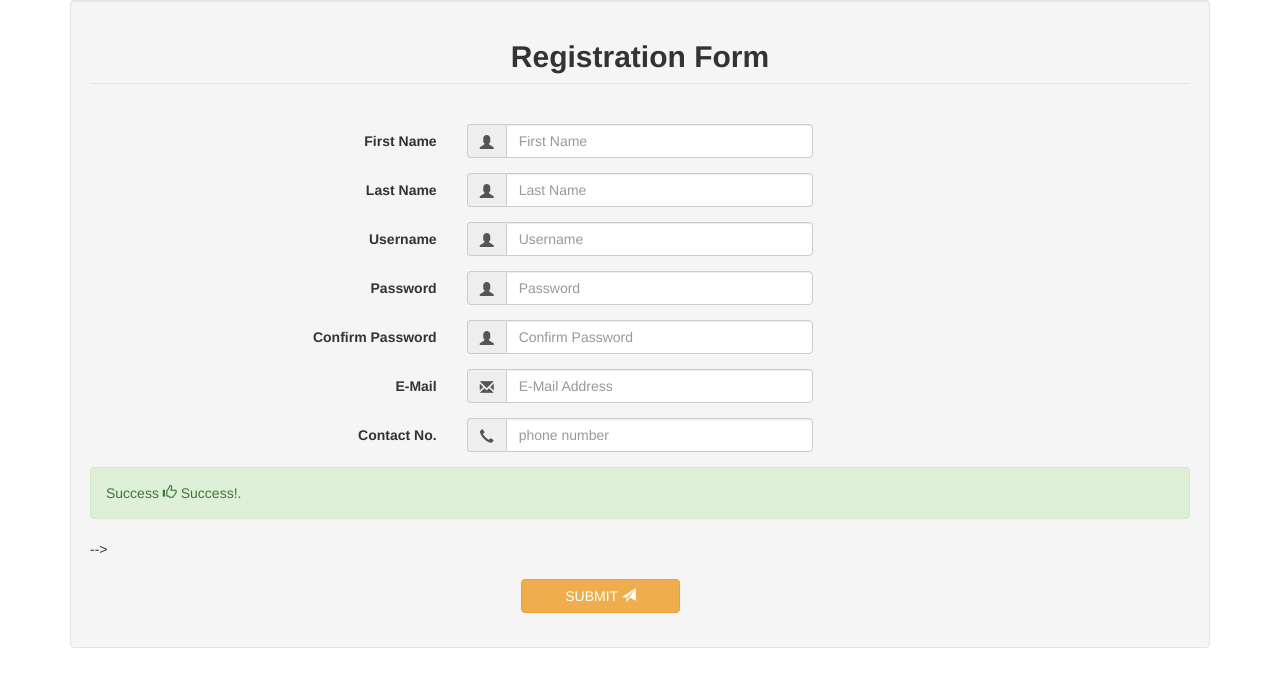
Repository: SumiyaSulaiman/project1
Page: http://localhost/cycle/registration.jsp
These files come from the project's save history. The page is drawn as it stood at one moment and after the next save; the edit follows.
The browser window is 1280 px wide. The pictures show the whole page.
Some web libraries are served in a nearby version. The page is served by Tomcat 9. Nobody is signed in. The application's start-up code is not run. Other server files are loaded and not shown.

Above is the page before, as saved 2017-12-20 08:41:42.

### project/cycle/src/main/webapp/registration.jsp
<%@ page language="java" contentType="text/html; charset=ISO-8859-1"
    pageEncoding="ISO-8859-1"%>
<!DOCTYPE html PUBLIC "-//W3C//DTD HTML 4.01 Transitional//EN" "http://www.w3.org/TR/html4/loose.dtd">
<html>
<head>
  <meta charset="utf-8">
  <meta http-equiv="X-UA-Compatible" content="IE=edge">
  <meta name="description" content="">
  <meta name="viewport" content="width=device-width, initial-scale=1">
  <link rel="stylesheet" href="https://maxcdn.bootstrapcdn.com/bootstrap/3.3.7/css/bootstrap.min.css">
  <script src="https://ajax.googleapis.com/ajax/libs/jquery/3.2.0/jquery.min.js"></script>
  <script src="https://maxcdn.bootstrapcdn.com/bootstrap/3.3.7/js/bootstrap.min.js"></script>
</head>
<body>
      <div class="container">

    <form class="well form-horizontal" action=" " method="post"  id="contact_form">
<fieldset>

<!-- Form Name -->
<legend><center><h2><b>Registration Form</b></h2></center></legend><br>

<!-- Text input-->

<div class="form-group">
  <label class="col-md-4 control-label">First Name</label>
  <div class="col-md-4 inputGroupContainer">
  <div class="input-group">
  <span class="input-group-addon"><i class="glyphicon glyphicon-user"></i></span>
  <input  name="first_name" placeholder="First Name" class="form-control"  type="text">
    </div>
  </div>
</div>

<!-- Text input-->

<div class="form-group">
  <label class="col-md-4 control-label" >Last Name</label>
    <div class="col-md-4 inputGroupContainer">
    <div class="input-group">
  <span class="input-group-addon"><i class="glyphicon glyphicon-user"></i></span>
  <input name="last_name" placeholder="Last Name" class="form-control"  type="text">
    </div>
  </div>
</div>

<!-- Text input-->

<div class="form-group">
  <label class="col-md-4 control-label">Username</label>
  <div class="col-md-4 inputGroupContainer">
  <div class="input-group">
  <span class="input-group-addon"><i class="glyphicon glyphicon-user"></i></span>
  <input  name="user_name" placeholder="Username" class="form-control"  type="text">
    </div>
  </div>
</div>

<!-- Text input-->

<div class="form-group">
  <label class="col-md-4 control-label" >Password</label>
    <div class="col-md-4 inputGroupContainer">
    <div class="input-group">
  <span class="input-group-addon"><i class="glyphicon glyphicon-user"></i></span>
  <input name="user_password" placeholder="Password" class="form-control"  type="password">
    </div>
  </div>
</div>

<!-- Text input-->

<div class="form-group">
  <label class="col-md-4 control-label" >Confirm Password</label>
    <div class="col-md-4 inputGroupContainer">
    <div class="input-group">
  <span class="input-group-addon"><i class="glyphicon glyphicon-user"></i></span>
  <input name="confirm_password" placeholder="Confirm Password" class="form-control"  type="password">
    </div>
  </div>
</div>

<!-- Text input-->
       <div class="form-group">
  <label class="col-md-4 control-label">E-Mail</label>
    <div class="col-md-4 inputGroupContainer">
    <div class="input-group">
        <span class="input-group-addon"><i class="glyphicon glyphicon-envelope"></i></span>
  <input name="email" placeholder="E-Mail Address" class="form-control"  type="text">
    </div>
  </div>
</div>


<!-- Text input-->

<div class="form-group">
  <label class="col-md-4 control-label">Contact No.</label>
    <div class="col-md-4 inputGroupContainer">
    <div class="input-group">
        <span class="input-group-addon"><i class="glyphicon glyphicon-earphone"></i></span>
  <input name="contact_no" placeholder="phone number" class="form-control" type="text">
    </div>
  </div>
</div>

<!-- Select Basic -->

<!-- <!-- Success message -->
<div class="alert alert-success" role="alert" id="success_message">Success <i class="glyphicon glyphicon-thumbs-up"></i> Success!.</div>-->
<!-- Button -->
<div class="form-group">
  <label class="col-md-4 control-label"></label>
  <div class="col-md-4"><br>
    &nbsp&nbsp&nbsp&nbsp&nbsp&nbsp&nbsp&nbsp&nbsp&nbsp&nbsp&nbsp&nbsp&nbsp<button type="submit" class="btn btn-warning" >&nbsp&nbsp&nbsp&nbsp&nbsp&nbsp&nbsp&nbspSUBMIT <span class="glyphicon glyphicon-send"></span>&nbsp&nbsp&nbsp&nbsp&nbsp&nbsp&nbsp&nbsp</button>
  </div>
</div>

</fieldset>
</form>
</div>
    </div><!-- /.container -->

</body>
</html>

After the next save:
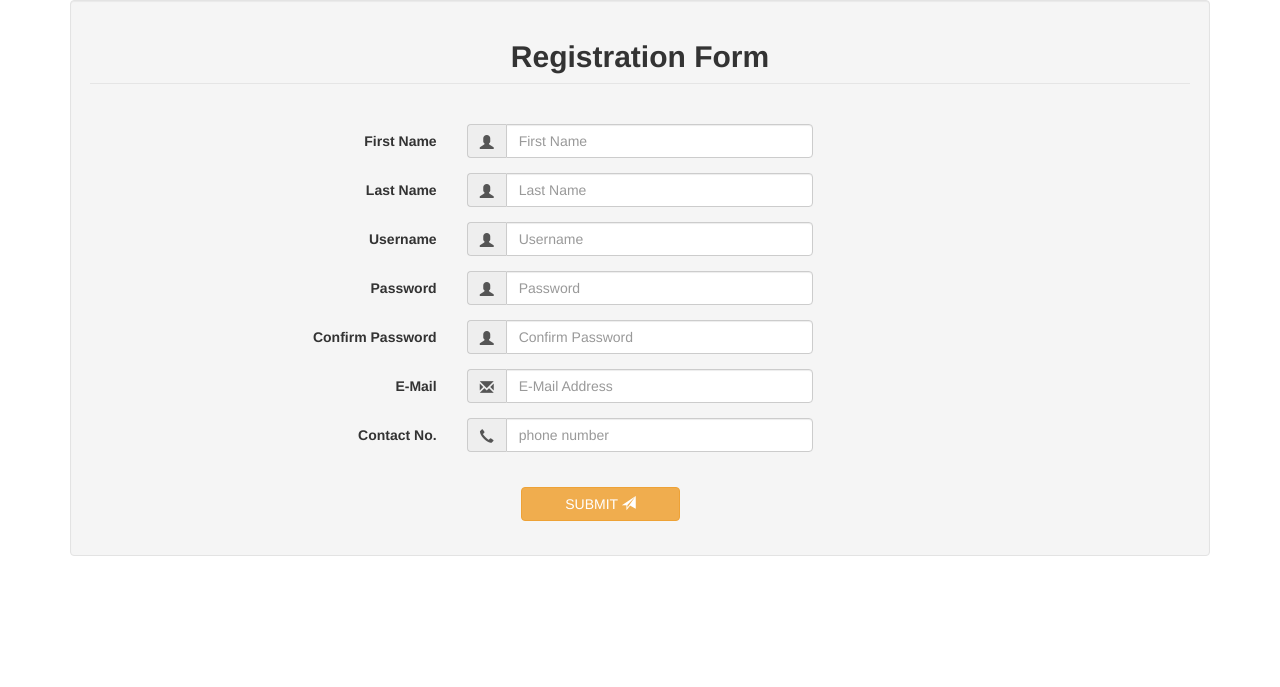
Saved 25 s later.
--- a/project/cycle/src/main/webapp/registration.jsp
+++ b/project/cycle/src/main/webapp/registration.jsp
@@ -106,8 +106,7 @@
 
 <!-- Select Basic -->
 
-<!-- <!-- Success message -->
-<div class="alert alert-success" role="alert" id="success_message">Success <i class="glyphicon glyphicon-thumbs-up"></i> Success!.</div>-->
+
 <!-- Button -->
 <div class="form-group">
   <label class="col-md-4 control-label"></label>
